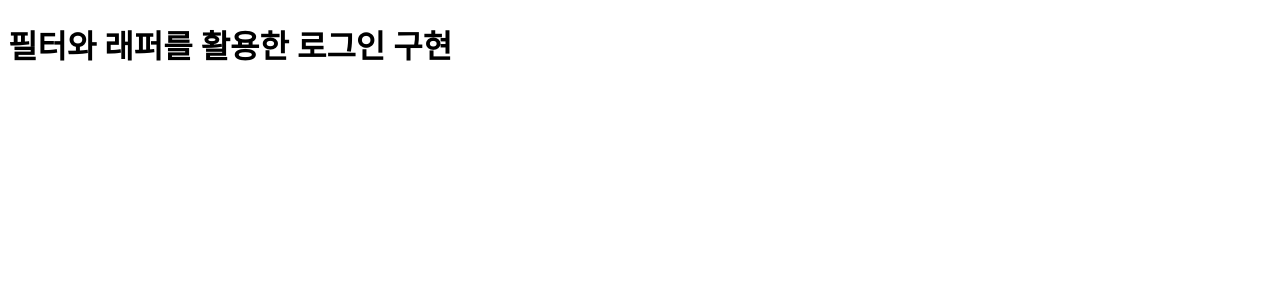
Repository: steeveelee2/WEB_Study
Page: webWorkspace/servlet3Project/web/views/login.html
These files come from the project's save history. The page is drawn as it stood at one moment and after the next save; the edit follows.
The browser window is 1280 px wide. The pictures show the whole page.

Above is the page before, as saved 2018-10-12 04:03:56.

### webWorkspace/servlet3Project/web/views/login.html
<!DOCTYPE html>
<html>
<head>
<meta charset="UTF-8">
<title>사용자 로그인 확인</title>
</head>
<body>
	<h1>필터와 래퍼를 활용한 로그인 구현</h1>

	<form action="/sp3/login.me" method="post">

	</form>
</body>
</html>

After the next save:
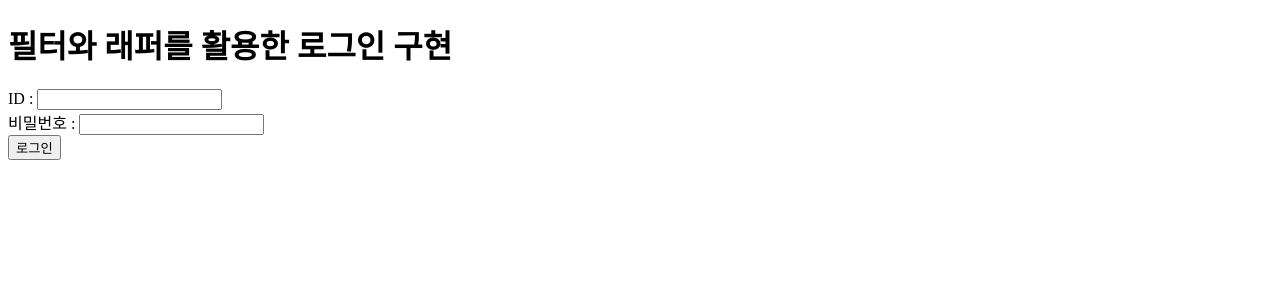
Saved 3 min 34 s later.
--- a/webWorkspace/servlet3Project/web/views/login.html
+++ b/webWorkspace/servlet3Project/web/views/login.html
@@ -8,7 +8,9 @@
 	<h1>필터와 래퍼를 활용한 로그인 구현</h1>
 
 	<form action="/sp3/login.me" method="post">
-
+		ID : <input type="text" name="userid"/><br>
+		비밀번호 : <input type="password" name="pwd"/><br>
+		<input type="submit" value="로그인"/>
 	</form>
 </body>
 </html>
